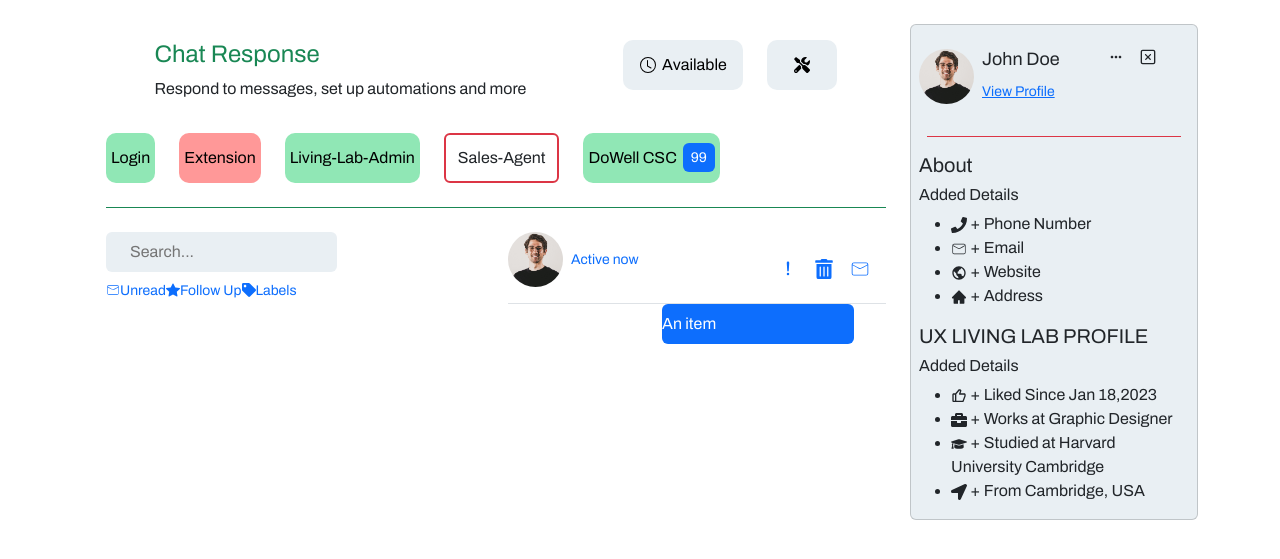
Repository: uh-sman/UX-Living-Lab-Chat
Page: /
An editor plug-in stored every save of this project. The page is shown before and after the next save, followed by the edit.
The browser window is 1280 px wide. The pictures show the whole page.
The project was rebuilt for these pictures with package versions that can differ from the ones it lists, and the page was loaded fresh each time.

Above is the page before, as saved 2023-05-10 17:51:28.

### public/index.html
<!DOCTYPE html>
<html lang="en">
  <head>
    <meta charset="utf-8" />
    <link rel="icon" href="%PUBLIC_URL%/favicon.ico" />
    <meta name="viewport" content="width=device-width, initial-scale=1" />
    <meta name="theme-color" content="#000000" />
    <meta
      name="description"
      content="Web site created using create-react-app"
    />
    <link rel="apple-touch-icon" href="%PUBLIC_URL%/logo192.png" />
    <!--
      manifest.json provides metadata used when your web app is installed on a
      user's mobile device or desktop. See https://developers.google.com/web/fundamentals/web-app-manifest/
    -->
    <link rel="manifest" href="%PUBLIC_URL%/manifest.json" />
    <!-- font awsome CDN -->

    <link
      rel="stylesheet"
      href="https://cdn.jsdelivr.net/npm/@fortawesome/fontawesome-free@6.2.1/css/fontawesome.min.css"
      integrity="sha384-QYIZto+st3yW+o8+5OHfT6S482Zsvz2WfOzpFSXMF9zqeLcFV0/wlZpMtyFcZALm"
      crossorigin="anonymous"
    />
    <!--
      Notice the use of %PUBLIC_URL% in the tags above.
      It will be replaced with the URL of the `public` folder during the build.
      Only files inside the `public` folder can be referenced from the HTML.

      Unlike "/favicon.ico" or "favicon.ico", "%PUBLIC_URL%/favicon.ico" will
      work correctly both with client-side routing and a non-root public URL.
      Learn how to configure a non-root public URL by running `npm run build`.
    -->
    <title>React App</title>
  </head>
  <body>
    <noscript>You need to enable JavaScript to run this app.</noscript>
    <div id="root"></div>
    <!--
      This HTML file is a template.
      If you open it directly in the browser, you will see an empty page.

      You can add webfonts, meta tags, or analytics to this file.
      The build step will place the bundled scripts into the <body> tag.

      To begin the development, run `npm start` or `yarn start`.
      To create a production bundle, use `npm run build` or `yarn build`.
    -->
  </body>
</html>

### src/index.css
* {
  text-decoration: none;
}

### src/App.js
import "./App.css";
import "bootstrap/dist/css/bootstrap.min.css";
import "bootstrap/dist/js/bootstrap.bundle.min";
import Container from "./container";
function App() {
  return (
    <div className="App">
      <Container />
    </div>
  );
}

export default App;

### src/App.css
@import url("https://fonts.googleapis.com/css2?family=Archivo&display=swap");
:root {
  --header-color: #0d7813;
  /* --button-color :#00000;
  --button-color :#90E7B5; */
  --bg-color: #e9eff3;
  /* #90E7B5 */

  --font: "Archivo", sans-serif;
}

* {
  text-decoration: none;
  /* list-style: none; */
  font-family: "Archivo", sans-serif;
}

.body {
  font-family: "Archivo", sans-serif;
}
.header {
  color: var(--header-color);
  font-family: "Archivo", sans-serif;
}
.button {
  display: flex;
  align-items: center;
  background: var(--bg-color);
  justify-content: center;
  height: 50px;
  width: 120px;
  gap: 6px;
  border: none;
  border-radius: 10px;
}
.button2 {
  display: flex;
  align-items: center;
  background: var(--bg-color);
  justify-content: center;
  height: 50px;
  width: 70px;
  gap: 6px;
  border: none;
  border-radius: 10px;
}
.button3 {
  display: flex;
  align-items: center;
  background: #90e7b5;
  justify-content: center;
  height: 50px;
  max-width: contain;
  padding: 0px 5px;
  gap: 6px;
  border: none;
  border-radius: 10px;
}
.button4 {
  display: flex;
  align-items: center;
  background: #ff9898;
  justify-content: center;
  height: 50px;
  max-width: contain;
  padding: 0px 5px;
  gap: 6px;
  border: none;
  border-radius: 10px;
}
.image-style {
  width: 55px;
  height: 55px;
  border-radius: 500px;
}
.cardBody {
  background-color: var(--bg-color);
}
.input {
  border: var(--bg-color);
  outline: none;
  background: var(--bg-color);
}

### src/container/index.js
import React from "react";
import ChatSection from "./ChatSection";
import DetailsSection from "./DetailsSection";
const Container = () => {
  return (
    <div className="container">
      <div className="d-flex justify-content-around my-4">
        <ChatSection />
        <DetailsSection />
      </div>
    </div>
  );
};

export default Container;

### src/container/ChatSection.js
import React from "react";
import ChatHeader from "./ChatItems/ChatHeader";
import ProfileHead from "./Chats/message/ProfileHead";
import SearchBar from "./Chats/SearchBar";

const ChatSection = () => {
  return (
    <div className="container">
      <ChatHeader />
      {/* chats come here */}
      <div className="d-flex my-2">
        <SearchBar />
        <ProfileHead />
      </div>
    </div>
  );
};

export default ChatSection;

### src/container/DetailsSection.jsx
import React from "react";
import user from "../assets/user.jpg";
import AboutDetails from "./Details/AboutDetails";
import DetailsSectionButton from "./DetailsSectionButton";
const DetailsSection = ({ title, about }) => {
  return (
    <div>
      <div
        className="card"
        style={{ width: "18rem", backgroundColor: "#e9eff3" }}
      >
        <div className="mx-2">
          <div className="d-flex gap-5 mt-4 ">
            <figure className="d-flex gap-2">
              <img src={user} className=" image-style" />
              <div className="">
                <h4 className="body fw-bold" style={{ fontSize: "18px" }}>
                  {title}
                </h4>
                <a href="" className="fw-bold" style={{ fontSize: "14px" }}>
                  View Profile
                </a>
              </div>
            </figure>
            <DetailsSectionButton />
          </div>
          <div className="border-bottom border-danger mx-2 my-3"></div>
          <div className=""></div>
          {/* DETAILS */}
          <AboutDetails />
        </div>
      </div>
    </div>
  );
};
DetailsSection.defaultProps = {
  title: "John Doe",
  about: "About",
};

export default DetailsSection;

### src/container/ChatItems/ChatHeader.jsx
import React from "react";
import Buttons from "./Buttons";
import HeaderButtons from "./HeaderButtons";

const ChatHeader = ({ title, caption }) => {
  return (
    <div className="container">
      <div className=" d-flex justify-content-around my-3">
        <header>
          <h1 className="header fs-4 fw-bold text-success">{title}</h1>
          <p className="fw-medium  Header-font">{caption}</p>
        </header>
        <HeaderButtons />
      </div>
      <Buttons />
      <div className="border-bottom border-success my-4"></div>
    </div>
  );
};

export default ChatHeader;
ChatHeader.defaultProps = {
  title: "Chat Response",
  caption: "Respond to messages, set up automations and more",
};

### src/container/Chats/message/ProfileHead.jsx
import React from "react";
import { FaTrashAlt } from "react-icons/fa";
import user from "../../../assets/user.jpg";
import ChatIcons from "./ChatIcons";
import Message from "./Message";
const ProfileHead = () => {
  return (
    <div className="container overflow-y-scroll">
      <div className="d-flex justify-content-between  align-items-center border-bottom">
        <figure className="d-flex gap-2 align-items-center">
          <img src={user} className=" image-style" />
          <div className="">
            {/* Status active now if true show active */}
            <small className="text-primary">Active now</small>
          </div>
        </figure>
        <ChatIcons />
      </div>
      <Message />
    </div>
  );
};

export default ProfileHead;

### src/container/Chats/SearchBar.jsx
import React from "react";
import { FaSearch } from "react-icons/fa";
import Icons from "./Icons";
// BsStarFill;
const SearchBar = () => {
  return (
    <div className="container">
      <div className="overflow-y-scroll">
        <form>
          <input
            className="input rounded bi bi-search py-2 px-4"
            placeholder="Search..."
          />
          <i className="bi bi-search"></i>
        </form>
        <Icons />
      </div>
    </div>
  );
};

export default SearchBar;

### src/container/Details/AboutDetails.jsx
import React from "react";
import {
  FaPhone,
  FaBriefcase,
  FaGraduationCap,
  FaLocationArrow,
} from "react-icons/fa";
import { CiMail } from "react-icons/ci";
import { BiWorld, BiLike } from "react-icons/bi";
import { AiFillHome } from "react-icons/ai";
const AboutDetails = ({ title, ux }) => {
  const data = [
    {
      phone: "Phone Number",
      email: "Email",
      web: "Website",
    },
  ];
  return (
    <div>
      <div className="">
        <h5>{title}</h5>
        <main>
          <h6>Added Details</h6>
          <div className="">
            <ul>
              <li>
                <FaPhone /> + Phone Number
              </li>
              <li>
                <CiMail /> + Email
              </li>
              <li>
                <BiWorld /> + Website
              </li>
              <li>
                <AiFillHome /> + Address
              </li>
            </ul>
          </div>
        </main>
      </div>
      <div className="">
        <h5>{ux}</h5>
        <main>
          <h6>Added Details</h6>
          <div className="">
            <ul>
              <li>
                <BiLike /> + Liked Since Jan 18,2023
                {/* date from the api */}
              </li>
              <li>
                <FaBriefcase /> + Works at Graphic Designer
              </li>
              <li>
                <FaGraduationCap /> + Studied at Harvard University Cambridge
                {/* Place of work from the api */}
              </li>
              <li>
                <FaLocationArrow /> + From Cambridge, USA
              </li>
            </ul>
          </div>
        </main>
      </div>
    </div>
  );
};

export default AboutDetails;

AboutDetails.defaultProps = {
  title: "About",
  ux: "UX LIVING LAB PROFILE",
};

### src/container/DetailsSectionButton.jsx
import React from "react";
import { MdOutlineMoreHoriz } from "react-icons/md";
import { CgCloseR } from "react-icons/cg";
const DetailsSectionButton = () => {
  return (
    <div>
      <div className="d-flex gap-3">
        <MdOutlineMoreHoriz />
        <CgCloseR />
      </div>
    </div>
  );
};

export default DetailsSectionButton;

### src/container/ChatItems/Buttons.jsx
import React from "react";

const Buttons = () => {
  return (
    <div className="d-flex gap-4">
      <button type="button" className="button3">
        Login
      </button>
      <button type="button" className="button4">
        Extension
      </button>
      <button type="button" className="button3">
        Living-Lab-Admin
      </button>
      <button type="button" className="btn border-danger border-2">
        Sales-Agent
      </button>
      <button type="button" className="button3">
        DoWell CSC
        <small className="bg-primary text-white px-2 py-1 rounded">
          {"99"}
        </small>
      </button>
    </div>
  );
};

export default Buttons;

### src/container/ChatItems/HeaderButtons.jsx
import React from "react";
import { BsClock } from "react-icons/bs";
import { FaTools } from "react-icons/fa";
const HeaderButtons = () => {
  return (
    <div className="d-flex gap-4">
      <button type="button" className="button">
        <BsClock className="" />
        Available
      </button>
      <button type="button" className="button2">
        <FaTools />
      </button>
    </div>
  );
};

export default HeaderButtons;

### src/container/Chats/message/ChatIcons.jsx
import React from "react";
import { FaTrashAlt } from "react-icons/fa";
import { BsExclamationLg } from "react-icons/bs";
import { CiMail } from "react-icons/ci";
const ChatIcons = () => {
  return (
    <div className="mx-3">
      <div className="d-flex gap-3">
        <small className="text-primary fs-5"></small>
        <small className="text-primary fs-5">
          <BsExclamationLg />
        </small>
        <small className="text-primary fs-5">
          <FaTrashAlt />
        </small>

        <small className="text-primary fs-5">
          <CiMail />
        </small>
      </div>
    </div>
  );
};

export default ChatIcons;

### src/container/Chats/message/Message.jsx
import React, { useState } from "react";

const Message = () => {
  const [message, setMessage] = useState(true);
  return (
    <div className="mx-4">
      <div className="d-flex justify-content-end ">
        {message ? (
          <div
            class="bg-primary text-white rounded d-flex align-items-center mx-2"
            style={{ width: "12rem", height: "40px" }}
          >
            <li class="list-group-item">An item</li>
          </div>
        ) : null}
      </div>
    </div>
  );
};

export default Message;

### src/container/Chats/Icons.jsx
import React from "react";
import { CiMail } from "react-icons/ci";
import { BsStarFill } from "react-icons/bs";
import { FaTag } from "react-icons/fa";
const Icons = () => {
  return (
    <div>
      <div className="d-flex text-primary my-2">
        <small className="d-flex align-items-center">
          <CiMail /> Unread
        </small>
        <small className="d-flex align-items-center">
          <BsStarFill /> Follow Up
        </small>
        <small className="d-flex align-items-center">
          <FaTag />
          Labels
        </small>
      </div>
    </div>
  );
};

export default Icons;

Loaded but not shown: src/index.js (common file)

After the next save:
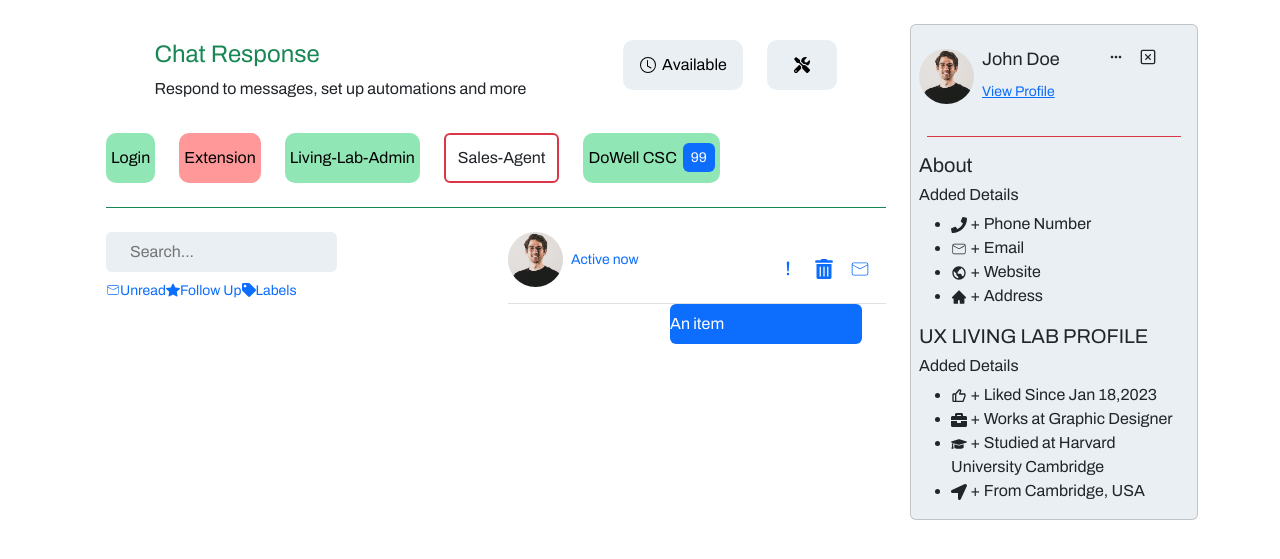
Saved 6 s later.
--- a/src/container/Chats/message/Message.jsx
+++ b/src/container/Chats/message/Message.jsx
@@ -7,7 +7,7 @@ const Message = () => {
       <div className="d-flex justify-content-end ">
         {message ? (
           <div
-            class="bg-primary text-white rounded d-flex align-items-center mx-2"
+            class="bg-primary text-white rounded d-flex align-items-center"
             style={{ width: "12rem", height: "40px" }}
           >
             <li class="list-group-item">An item</li>
